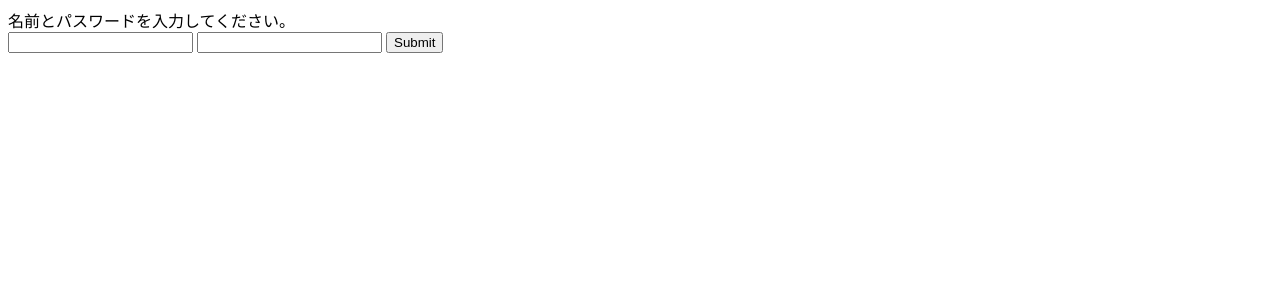
Repository: yoshida930/test
Page: http://localhost/HelloServlet/welcome.jsp
An editor plug-in stored every save of this project. The page is shown before and after the next save, followed by the edit.
The browser window is 1280 px wide. The pictures show the whole page.
The page is served by Tomcat 9. Other server files are loaded and not shown.

Above is the page before, as saved 2019-08-26 12:22:54.

### HelloServlet/WebContent/welcome.jsp
<%@ page language="java" contentType="text/html; charset=UTF-8"
    pageEncoding="UTF-8"%>
<!DOCTYPE html>
<html>
<head>
<meta charset="UTF-8">
<title>WELCOME</title>
</head>
<body>
名前とパスワードを入力してください。
<form method="post" action="WelcomeServlet">
<input type="text" name="username">
<input type="password" name="password">
<input type="submit" value"送信">
</form>

</body>
</html>

After the next save:
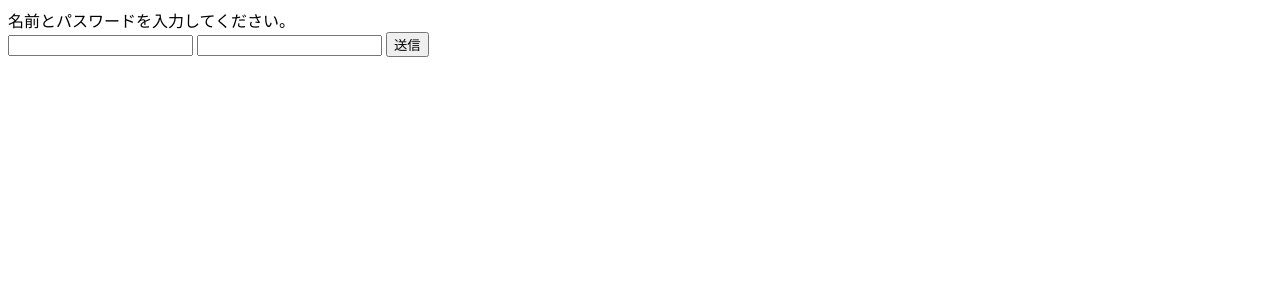
Saved 11 s later.
--- a/HelloServlet/WebContent/welcome.jsp
+++ b/HelloServlet/WebContent/welcome.jsp
@@ -11,7 +11,7 @@
 <form method="post" action="WelcomeServlet">
 <input type="text" name="username">
 <input type="password" name="password">
-<input type="submit" value"送信">
+<input type="submit" value="送信">
 </form>
 
 </body>
